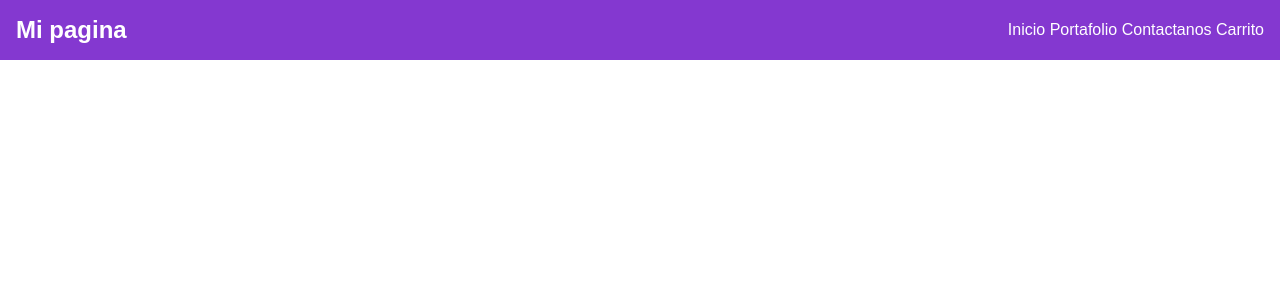
Repository: TzStrikerYT/Dise-o-web-NA00
Page: Proyecto-01/index.html
These files come from the project's save history. The page is drawn as it stood at one moment and after the next save; the edit follows.
The browser window is 1280 px wide. The pictures show the whole page.

Above is the page before, as saved 2024-08-21 21:17:01.

After the next save:
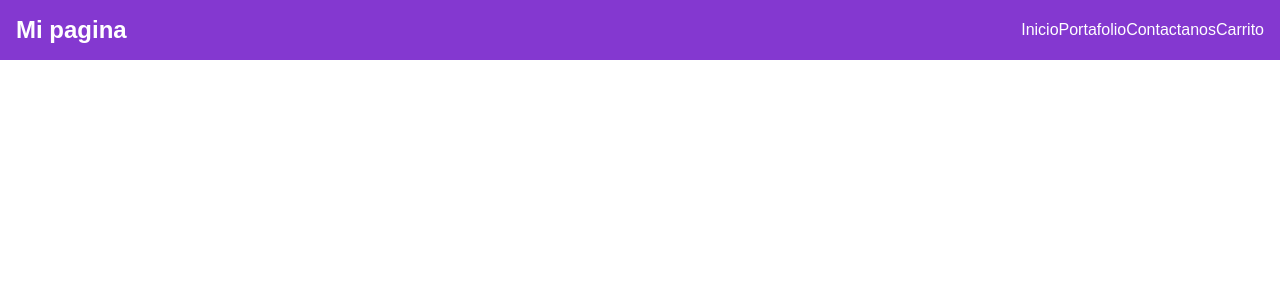
Saved 21 s later.
--- a/Proyecto-01/style.css
+++ b/Proyecto-01/style.css
@@ -14,6 +14,10 @@
     padding: 1rem;
 }
 
+.nav-options {
+    display: flex;
+}
+
 .hiper-nav {
     text-decoration: none;
     color: #fff;
